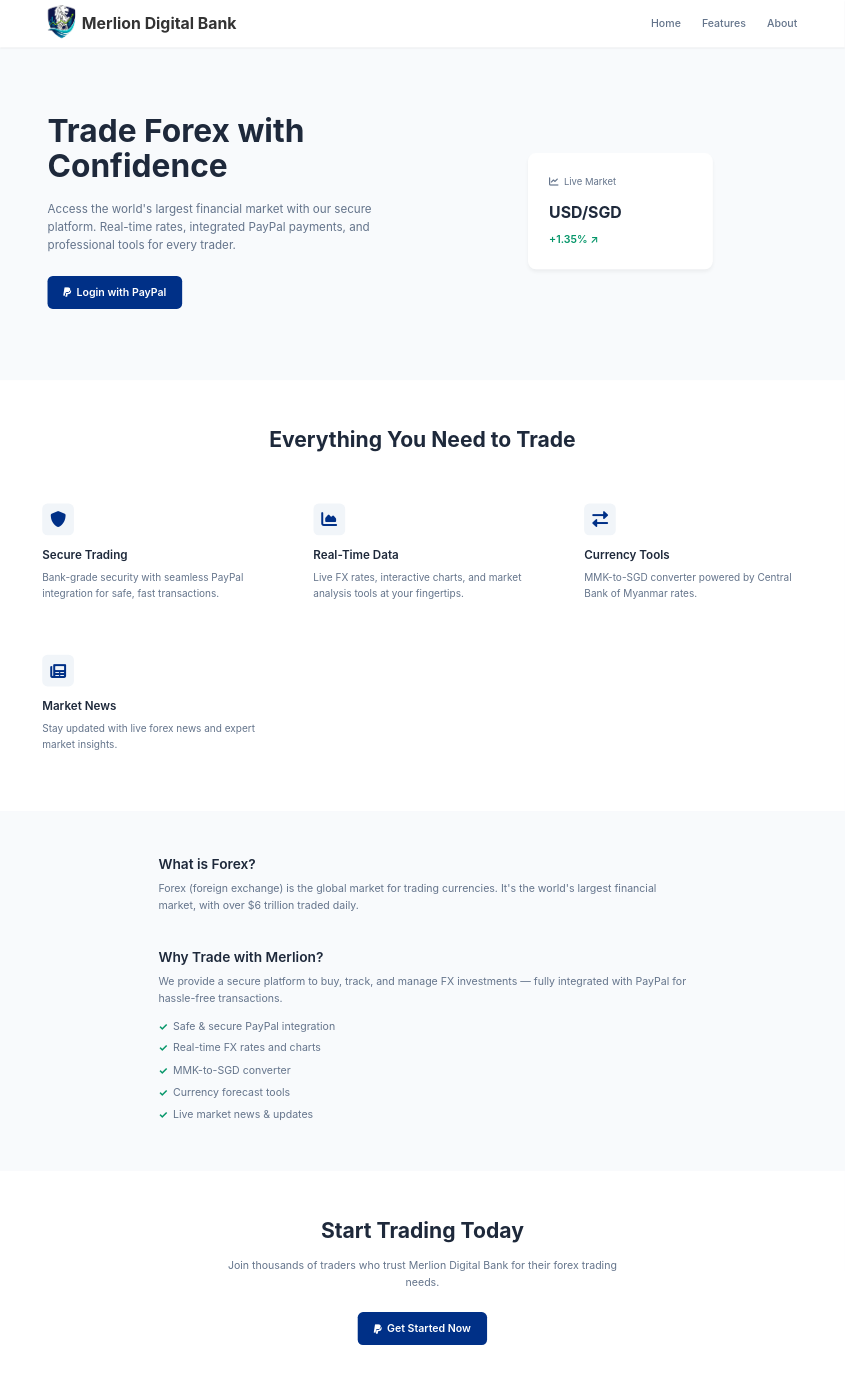
Repository: MayThetNaingBo/MerlionFX-app
Page: http://localhost/
These files come from the project's save history. The page is drawn as it stood at one moment and after a run of saves; the edit follows.
The browser window is 1280 px wide. The pictures show the whole page, at 66% of full size.
The page is served by the project's application, run on Flask 3 (app.py).

Above is the page before, as saved 2025-08-07 23:39:12.

### templates/index.html
<!DOCTYPE html>
<html lang="en">
<head>
    <meta charset="UTF-8">
    <meta name="viewport" content="width=device-width, initial-scale=1.0">
    <title>Merlion Digital Bank - Forex Trading Platform</title>
    <link href="https://cdnjs.cloudflare.com/ajax/libs/font-awesome/6.0.0/css/all.min.css" rel="stylesheet">
    <style>
        * {
            margin: 0;
            padding: 0;
            box-sizing: border-box;
        }

        body {
            font-family: -apple-system, BlinkMacSystemFont, 'Segoe UI', Roboto, sans-serif;
            line-height: 1.6;
            color: #333;
            background: #f8fafc;
        }

        /* Navigation */
        .navbar {
            background: white;
            padding: 1rem 0;
            box-shadow: 0 1px 3px rgba(0, 0, 0, 0.1);
            position: fixed;
            width: 100%;
            top: 0;
            z-index: 100;
        }

        .nav-container {
            max-width: 1200px;
            margin: 0 auto;
            padding: 0 2rem;
            display: flex;
            justify-content: space-between;
            align-items: center;
        }

        .logo-container {
            display: flex;
            align-items: center;
            gap: 0.75rem;
        }

        .logo-icon {
            width: 40px;
            height: 40px;
            border-radius: 8px;
            display: flex;
            align-items: center;
            justify-content: center;
            color: white;
            font-size: 1.5rem;
            font-weight: bold;
            padding-top: 5px;
        }

        .logo {
            font-size: 1.5rem;
            font-weight: 700;
            color: 667eea;
        }

        .nav-links {
            display: flex;
            list-style: none;
            gap: 2rem;
        }

        .nav-links a {
            color: #64748b;
            text-decoration: none;
            font-weight: 500;
            transition: color 0.2s;
        }

        .nav-links a:hover {
            color: #003087;
        }

        /* Hero Section */
        .hero {
            padding: 8rem 2rem 4rem;
            max-width: 1200px;
            margin: 0 auto;
            display: grid;
            grid-template-columns: 1fr 1fr;
            gap: 4rem;
            align-items: center;
            min-height: 80vh;
        }

        .hero-content h1 {
            font-size: 3rem;
            font-weight: 700;
            color: #1e293b;
            margin-bottom: 1.5rem;
            line-height: 1.1;
        }

        .hero-content p {
            font-size: 1.1rem;
            color: #64748b;
            margin-bottom: 2rem;
        }

        .cta-button {
            display: inline-flex;
            align-items: center;
            gap: 0.5rem;
            background: #003087;
            color: white;
            padding: 0.75rem 1.5rem;
            border: none;
            border-radius: 8px;
            font-weight: 600;
            text-decoration: none;
            transition: all 0.2s;
        }

        .cta-button:hover {
            background: #002060;
            transform: translateY(-1px);
            color: white;
        }

        .hero-visual {
            display: flex;
            justify-content: center;
            gap: 1.5rem;
            flex-wrap: wrap;
        }

        .card {
            background: white;
            padding: 2rem;
            border-radius: 12px;
            box-shadow: 0 4px 6px rgba(0, 0, 0, 0.05);
            width: 280px;
        }

        .card-header {
            display: flex;
            align-items: center;
            gap: 0.5rem;
            margin-bottom: 1rem;
            color: #64748b;
            font-size: 0.9rem;
        }

        .currency-pair {
            font-size: 1.5rem;
            font-weight: 700;
            color: #1e293b;
            margin-bottom: 0.5rem;
        }

        .price-change {
            color: #059669;
            font-weight: 600;
        }

        .logo-card {
            background: linear-gradient(135deg, #003087, #0066cc);
            color: white;
            display: flex;
            flex-direction: column;
            align-items: center;
            justify-content: center;
            text-align: center;
            position: relative;
            overflow: hidden;
        }

        .logo-card::before {
            content: '';
            position: absolute;
            top: -50%;
            right: -50%;
            width: 100%;
            height: 100%;
            background: rgba(255, 255, 255, 0.1);
            border-radius: 50%;
            transform: rotate(45deg);
        }

        .hero-logo-icon {
            font-size: 3rem;
            font-weight: bold;
            margin-bottom: 1rem;
            z-index: 2;
            position: relative;
        }

        .hero-logo-text {
            font-size: 1.2rem;
            font-weight: 600;
            margin-bottom: 0.5rem;
            z-index: 2;
            position: relative;
        }

        .hero-logo-tagline {
            font-size: 0.9rem;
            opacity: 0.9;
            z-index: 2;
            position: relative;
        }

        /* Features Section */
        .features {
            padding: 4rem 2rem;
            background: white;
        }

        .features-container {
            max-width: 1200px;
            margin: 0 auto;
            text-align: center;
        }

        .features h2 {
            font-size: 2rem;
            font-weight: 700;
            color: #1e293b;
            margin-bottom: 3rem;
        }

        .features-grid {
            display: grid;
            grid-template-columns: repeat(auto-fit, minmax(280px, 1fr));
            gap: 2rem;
        }

        .feature {
            padding: 1.5rem;
            text-align: left;
        }

        .feature-icon {
            width: 48px;
            height: 48px;
            background: #f1f5f9;
            border-radius: 8px;
            display: flex;
            align-items: center;
            justify-content: center;
            margin-bottom: 1rem;
            color: #003087;
            font-size: 1.5rem;
        }

        .feature h3 {
            font-size: 1.1rem;
            font-weight: 600;
            color: #1e293b;
            margin-bottom: 0.5rem;
        }

        .feature p {
            color: #64748b;
            font-size: 0.95rem;
        }

        /* Info Section */
        .info-section {
            padding: 4rem 2rem;
            background: #f8fafc;
        }

        .info-container {
            max-width: 800px;
            margin: 0 auto;
        }

        .info-grid {
            display: grid;
            gap: 2rem;
        }

        .info-item h3 {
            font-size: 1.3rem;
            font-weight: 600;
            color: #1e293b;
            margin-bottom: 0.5rem;
        }

        .info-item p {
            color: #64748b;
            margin-bottom: 1rem;
        }

        .benefits-list {
            list-style: none;
            padding: 0;
        }

        .benefits-list li {
            display: flex;
            align-items: center;
            gap: 0.5rem;
            margin-bottom: 0.5rem;
            color: #64748b;
        }

        .benefits-list li::before {
            content: "✓";
            color: #059669;
            font-weight: bold;
        }

        /* CTA Section */
        .cta-section {
            padding: 4rem 2rem;
            background: white;
            text-align: center;
        }

        .cta-section h2 {
            font-size: 2rem;
            font-weight: 700;
            color: #1e293b;
            margin-bottom: 1rem;
        }

        .cta-section p {
            color: #64748b;
            margin-bottom: 2rem;
            max-width: 600px;
            margin-left: auto;
            margin-right: auto;
        }

        /* Responsive */
        @media (max-width: 768px) {
            .hero {
                grid-template-columns: 1fr;
                gap: 2rem;
                text-align: center;
                padding: 6rem 2rem 4rem;
            }

            .hero-content h1 {
                font-size: 2.5rem;
            }

            .nav-links {
                display: none;
            }

            .features-grid {
                grid-template-columns: 1fr;
            }

            .logo {
                font-size: 1.3rem;
            }

            .logo-icon {
                width: 35px;
                height: 35px;
                font-size: 1.2rem;
            }
        }
    </style>
</head>
<body>
    <!-- Navigation -->
    <nav class="navbar">
        <div class="nav-container">
            <div class="logo-container">
                <div class="logo-icon"><img src="../static/images/Merlion.png" style="width: 250%; height: 250%;"></div>
                <div class="logo">Merlion Digital Bank</div>
            </div>
            <ul class="nav-links">
                <li><a href="#home">Home</a></li>
                <li><a href="#features">Features</a></li>
                <li><a href="#about">About</a></li>
            </ul>
        </div>
    </nav>

    <!-- Hero Section -->
    <section class="hero" id="home">
        <div class="hero-content">
            <h1>Trade Forex with Confidence</h1>
            <p>Access the world's largest financial market with our secure platform. Real-time rates, integrated PayPal payments, and professional tools for every trader.</p>
            <a href="/login" class="cta-button">
                <i class="fab fa-paypal"></i>
                Login with PayPal
            </a>
        </div>
        <div class="hero-visual">
            <div class="card">
                <div class="card-header">
                    <i class="fas fa-chart-line"></i>
                    <span>Live Market</span>
                </div>
                <div class="currency-pair">USD/SGD</div>
                <div class="price-change">+1.35% ↗</div>
            </div>
        </div>
    </section>

    <!-- Features Section -->
    <section class="features" id="features">
        <div class="features-container">
            <h2>Everything You Need to Trade</h2>
            <div class="features-grid">
                <div class="feature">
                    <div class="feature-icon">
                        <i class="fas fa-shield-alt"></i>
                    </div>
                    <h3>Secure Trading</h3>
                    <p>Bank-grade security with seamless PayPal integration for safe, fast transactions.</p>
                </div>

                <div class="feature">
                    <div class="feature-icon">
                        <i class="fas fa-chart-area"></i>
                    </div>
                    <h3>Real-Time Data</h3>
                    <p>Live FX rates, interactive charts, and market analysis tools at your fingertips.</p>
                </div>

                <div class="feature">
                    <div class="feature-icon">
                        <i class="fas fa-exchange-alt"></i>
                    </div>
                    <h3>Currency Tools</h3>
                    <p>MMK-to-SGD converter powered by Central Bank of Myanmar rates.</p>
                </div>

                <div class="feature">
                    <div class="feature-icon">
                        <i class="fas fa-newspaper"></i>
                    </div>
                    <h3>Market News</h3>
                    <p>Stay updated with live forex news and expert market insights.</p>
                </div>
            </div>
        </div>
    </section>

    <!-- Info Section -->
    <section class="info-section" id="about">
        <div class="info-container">
            <div class="info-grid">
                <div class="info-item">
                    <h3>What is Forex?</h3>
                    <p>Forex (foreign exchange) is the global market for trading currencies. It's the world's largest financial market, with over $6 trillion traded daily.</p>
                </div>

                <div class="info-item">
                    <h3>Why Trade with Merlion?</h3>
                    <p>We provide a secure platform to buy, track, and manage FX investments — fully integrated with PayPal for hassle-free transactions.</p>

                    <ul class="benefits-list">
                        <li>Safe & secure PayPal integration</li>
                        <li>Real-time FX rates and charts</li>
                        <li>MMK-to-SGD converter</li>
                        <li>Currency forecast tools</li>
                        <li>Live market news & updates</li>
                    </ul>
                </div>
            </div>
        </div>
    </section>

    <!-- CTA Section -->
    <section class="cta-section">
        <h2>Start Trading Today</h2>
        <p>Join thousands of traders who trust Merlion Digital Bank for their forex trading needs.</p>
        <a href="/login" class="cta-button">
            <i class="fab fa-paypal"></i>
            Get Started Now
        </a>
    </section>

    <script>
        // Simple scroll effect for navbar
        window.addEventListener('scroll', function() {
            const navbar = document.querySelector('.navbar');
            if (window.scrollY > 50) {
                navbar.style.boxShadow = '0 2px 10px rgba(0, 0, 0, 0.1)';
            } else {
                navbar.style.boxShadow = '0 1px 3px rgba(0, 0, 0, 0.1)';
            }
        });
    </script>
</body>
</html>

Loaded but not shown: app.py (787 lines, source omitted)

After the next 6 saves:
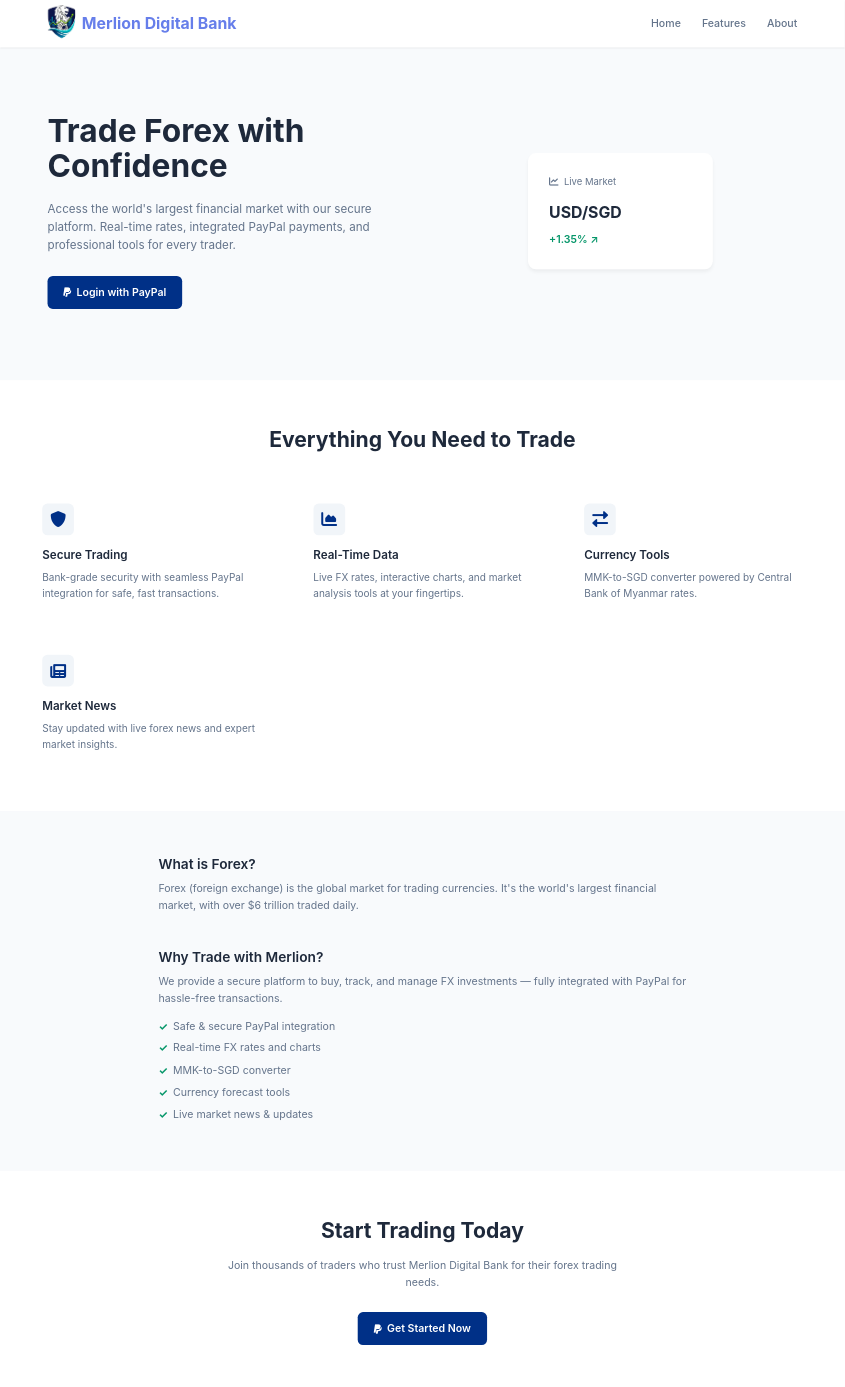
The 6 saves are shown as one change because they came seconds apart.
The last was saved 36 s later.
--- a/templates/index.html
+++ b/templates/index.html
@@ -61,7 +61,7 @@
         .logo {
             font-size: 1.5rem;
             font-weight: 700;
-            color: 667eea;
+            color: #667eea;
         }
 
         .nav-links {
